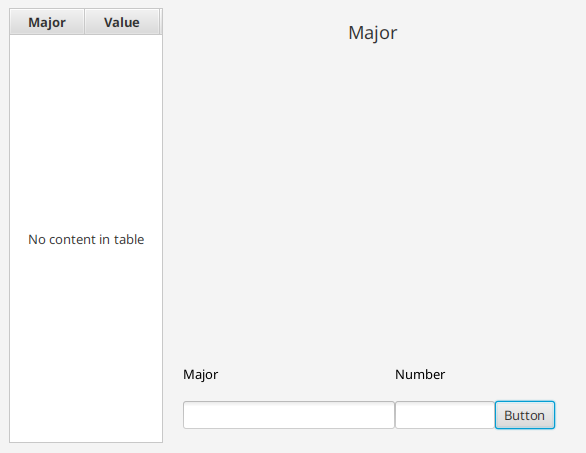
Repository: Etienne-Bernoux/JavaAvanc-2017
Program's window: java workspace/Lab5JavaFX/src/fr/ece/bernoux/lab5JavaFX/Exercice3/App.java
The author's editor kept a copy of each file at every save. The program's window is drawn from the files as they stood at one save, then again after the next save.
It runs on Java 21 on a 1366 x 768 screen with JavaFX 11; the title bar is not drawn.

Above is the program's window before, as saved 2017-03-05 21:03:57.

After the next save:
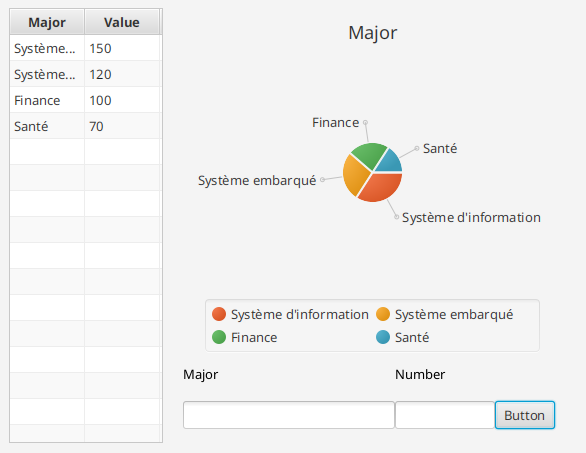
Saved 118 s later.
--- a/workspace/Lab5JavaFX/src/fr/ece/bernoux/lab5JavaFX/Exercice3/Model.java
+++ b/workspace/Lab5JavaFX/src/fr/ece/bernoux/lab5JavaFX/Exercice3/Model.java
@@ -12,6 +12,11 @@
 		super();
 		this.majeurs = FXCollections.observableArrayList();
 		this.pieChartData = FXCollections.observableArrayList();
+
+		this.addMajeur("Système d'information", 150);
+		this.addMajeur("Système embarqué", 120);
+		this.addMajeur("Finance", 100);
+		this.addMajeur("Santé", 70);
 	}
 
 	public ObservableList<Majeur> getMajeurs() {
